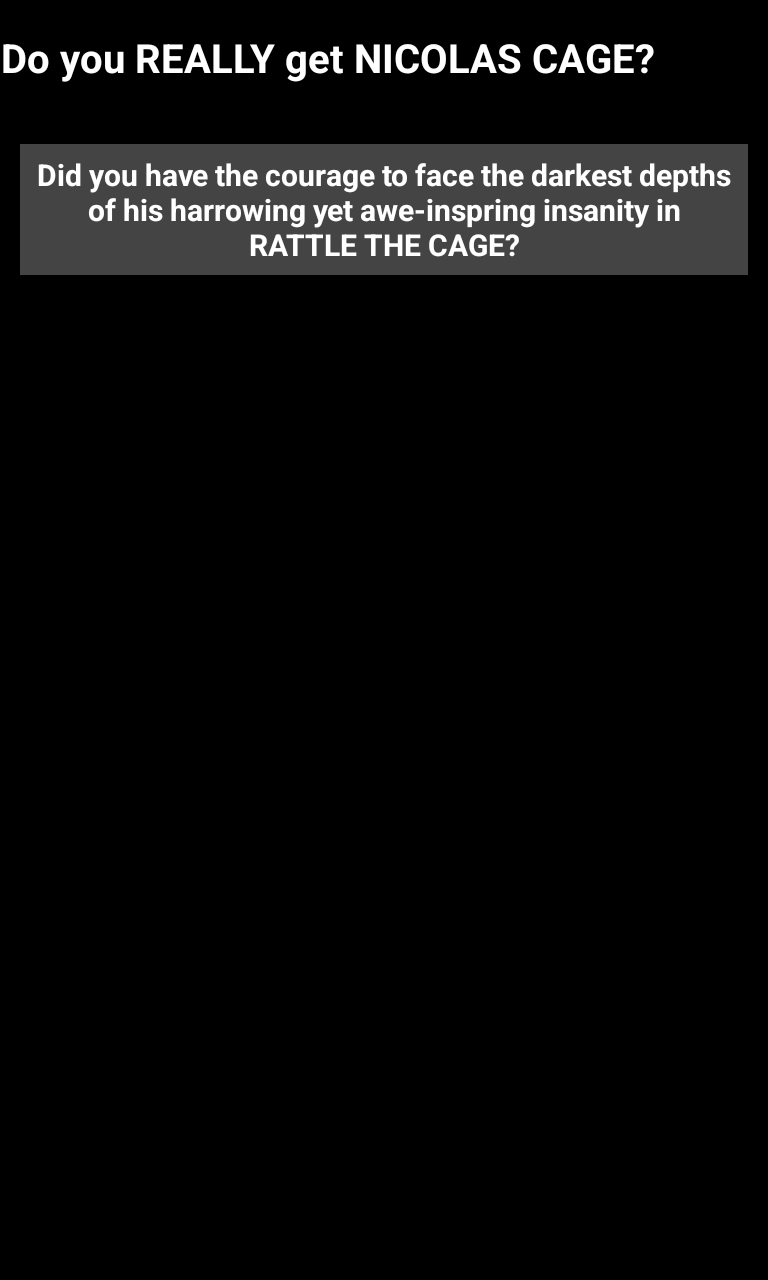
Repository: kylenicola/NicCageMobileApp
Layout: NicolasCageApp/res/layout/activity_score_menu.xml
The author's editor kept a copy of each file at every save. The layout is drawn from the files as they stood at one save, then again after the next save.
It is drawn on a 768 x 1280 px phone screen (xhdpi) without system bars, with theme AppTheme; the app's code is not run.

Above is the layout before, as saved 2014-12-04 02:18:31.

### NicolasCageApp/res/layout/activity_score_menu.xml
<?xml version="1.0" encoding="utf-8"?>

<LinearLayout xmlns:android="http://schemas.android.com/apk/res/android"
	android:layout_width="match_parent"
	android:layout_height="match_parent"
	android:background="@android:color/background_dark"
	android:orientation="vertical" >

	 <TextView
	     android:id="@+id/scoreMenuTitle"
	     android:layout_width="wrap_content"
	     android:layout_height="wrap_content"
	     android:gravity="center"
	     android:layout_marginTop="15dp"
	     android:text="@string/score_menu_title"
	     android:textSize="20sp"
	     android:textStyle="bold"
	     android:textColor="@android:color/white" />

	 <Button
		android:id="@+id/button_scoreRattleTheCage"
	    android:layout_width="wrap_content"
	    android:layout_height="wrap_content"
	    android:layout_gravity="center"
	    android:layout_marginTop="30dp"
	    android:layout_marginLeft="10dp"
	    android:layout_marginRight="10dp"
	    android:paddingTop="5dp"
	    android:paddingBottom="5dp"
	    android:paddingLeft="5dp"
	    android:paddingRight="5dp"
	    android:background="#ff444444"
	    android:text="@string/rattle_the_cage_score_description"
	    android:textColor="@android:color/white"
	    android:textStyle="bold"
	    android:textSize="15sp"
	    android:OnClick="onClickRattleTheCageScore" />




</LinearLayout>

### NicolasCageApp/res/values/strings.xml
<?xml version="1.0" encoding="utf-8"?>
<resources>

    <string name="app_name">NicolasCageApp</string>
    <string name="hello_world">Hello world!</string>
    <string name="action_settings">Settings</string>
    <string name="title_activity_abcs_with_nic">AbcsWithNic</string>
    <string name="takeQuiz">TAKE THE QUIZ</string>
    <string name="title_activity_settings">Settings</string>
    <string name="slow_down_ABCs">Slow down A, B, C game</string>
    <string name="noSlowDown">NICOLAS CAGE SLOWS DOWN FOR NO MAN</string>
    <string name="score_title">Scores</string>
    <string name="rattle_the_cage_title">Rattle The Cage</string>
    <string name="rattle_the_cage_label">Total Score: </string>
    <string name="title_activity_score_menu">ScoreMenu</string>
    <string name="score_menu_title">Do you REALLY get NICOLAS CAGE?</string>
    <string name="rattle_the_cage_score_description">Did you have the courage to face the darkest depths of his harrowing yet awe-inspring insanity in RATTLE THE CAGE?</string>
    <string name="title_activity_rattle_the_cage_score">RattleTheCageScore</string>

</resources>

Loaded but not shown: NicolasCageApp/res/values/styles.xml (common file); NicolasCageApp/res/values-v11/styles.xml (common file); NicolasCageApp/res/values-v14/styles.xml (common file)

After the next save:
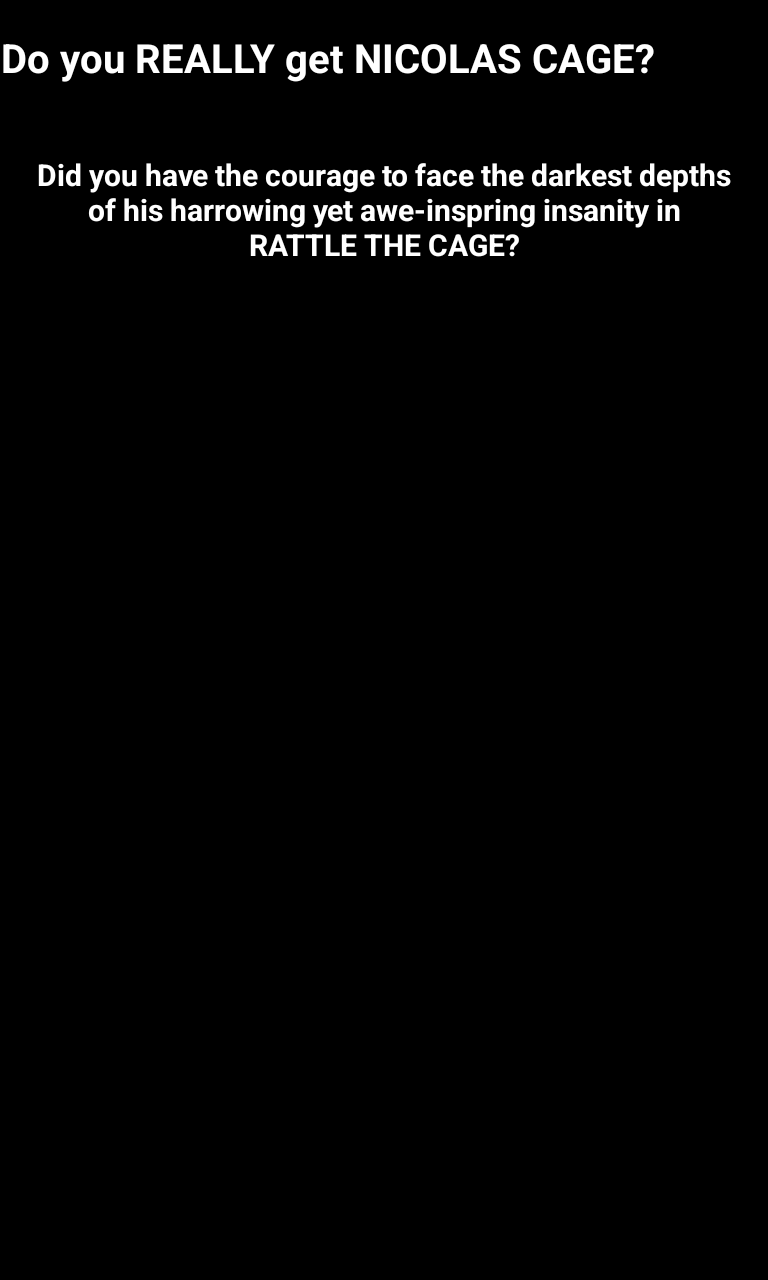
Saved 77 s later.
--- a/NicolasCageApp/res/layout/activity_score_menu.xml
+++ b/NicolasCageApp/res/layout/activity_score_menu.xml
@@ -29,7 +29,7 @@
 	    android:paddingBottom="5dp"
 	    android:paddingLeft="5dp"
 	    android:paddingRight="5dp"
-	    android:background="#ff444444"
+	    android:background="#ff333"
 	    android:text="@string/rattle_the_cage_score_description"
 	    android:textColor="@android:color/white"
 	    android:textStyle="bold"
